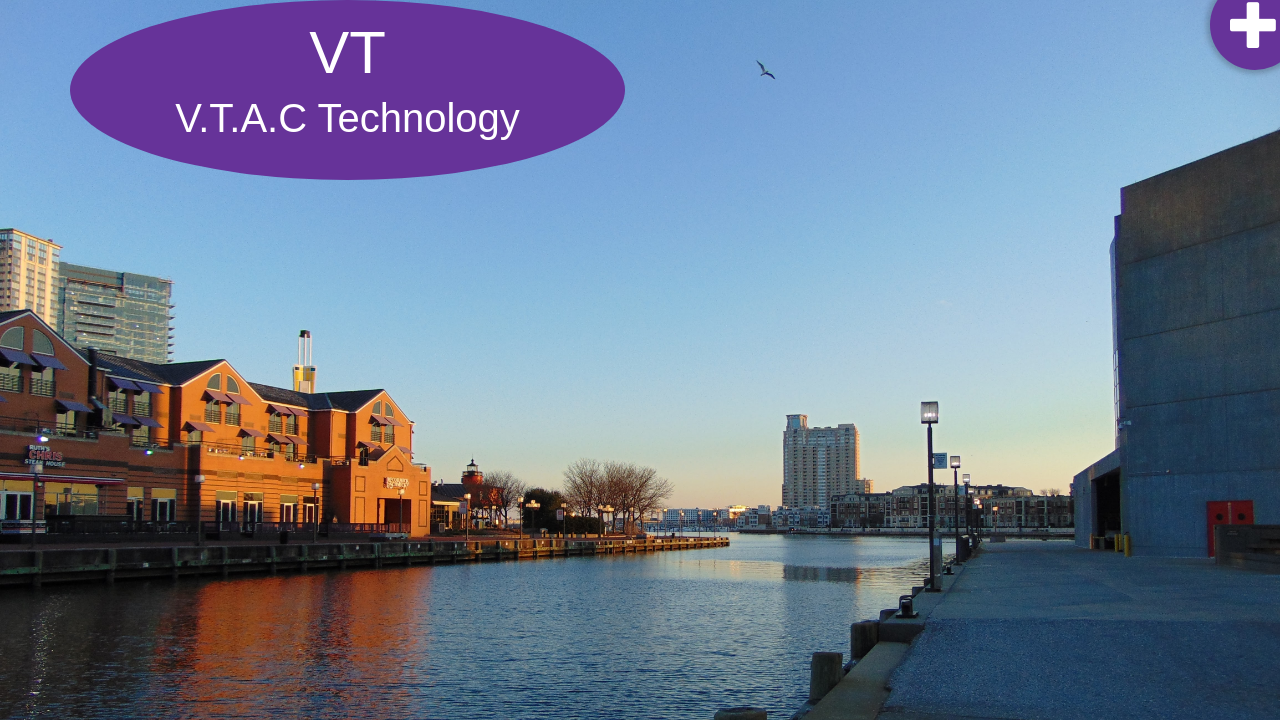
Repository: danidark9312/vtac
Page: http://localhost/vtacTechnology/
The author's editor kept a copy of each file at every save. The page is drawn from the files as they stood at one save, then again after the next save.
The browser window is 1280 px wide. The pictures show the whole page.
The page is served by Tomcat 9.

Above is the page before, as saved 2017-01-30 18:03:55.
Console error (its wording comes from the project's code and is left out).

After the next save:
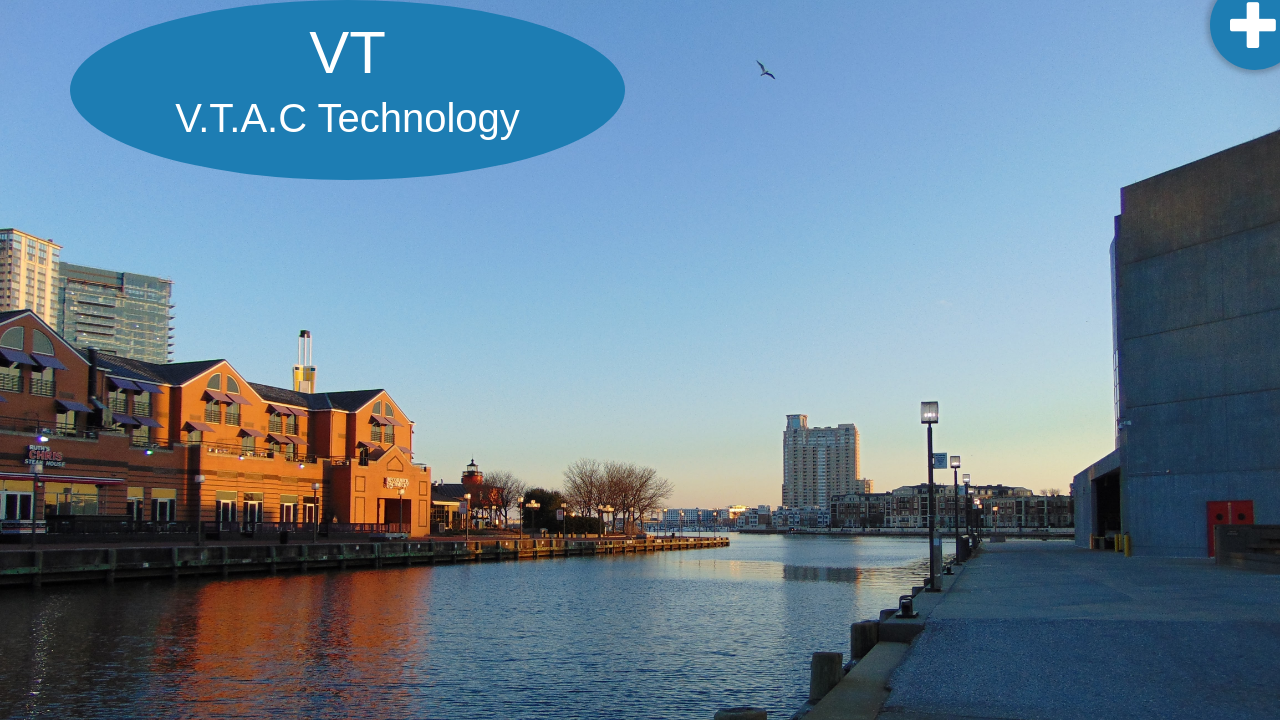
Saved 80 s later.
--- a/vtacTechnology/WebContent/css/common.css
+++ b/vtacTechnology/WebContent/css/common.css
@@ -3,7 +3,7 @@
 
 
 :root {
-  --main-color: #663399;
+  --main-color: #1d7db3;
   --main-color-highlighted: #e8a05d;
 }
 
